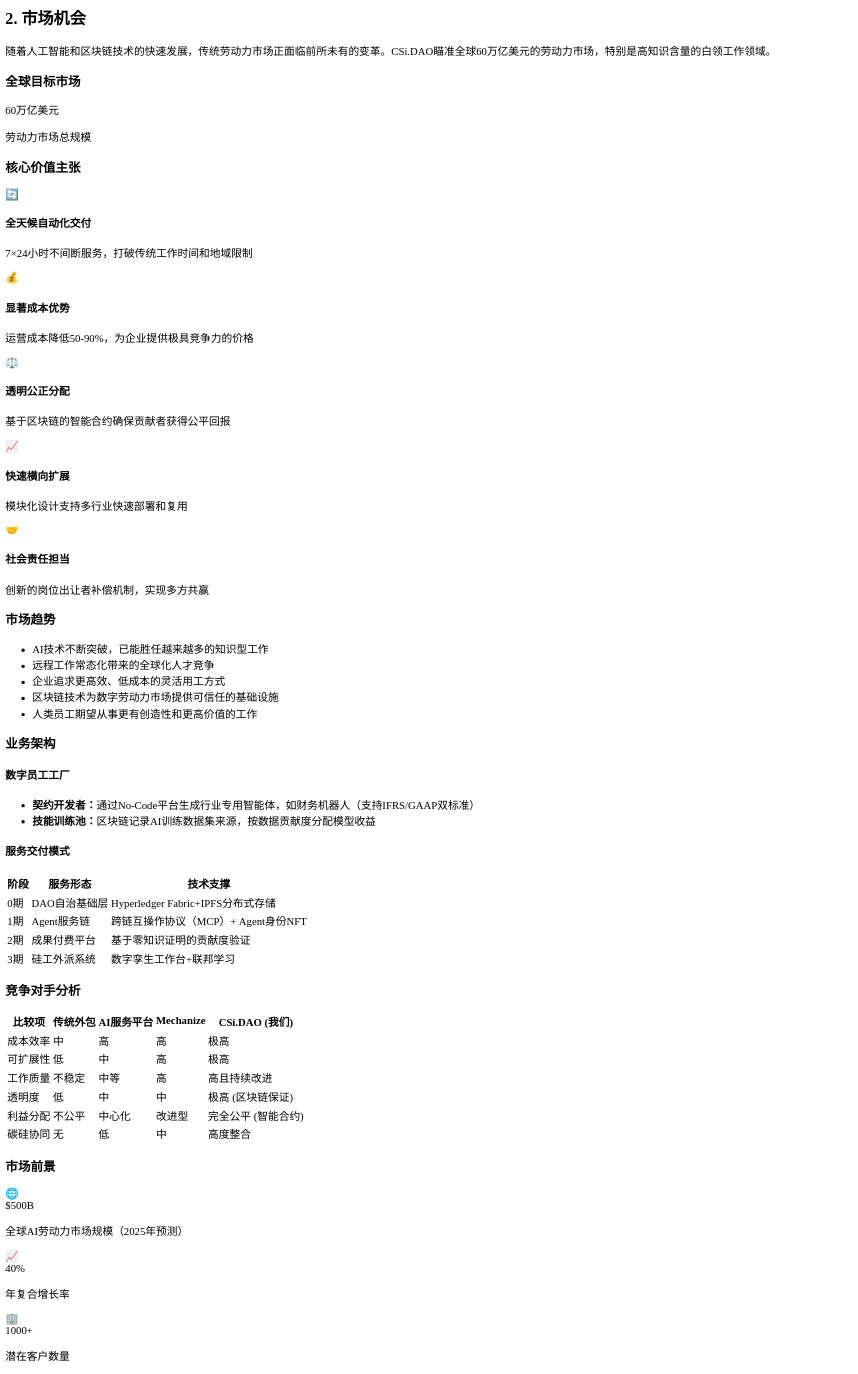
Repository: delez911/ainize
Page: static-site/src/components/market/market.html
An editor plug-in stored every save of this project. The page is shown before and after the next save, followed by the edit.
The browser window is 1280 px wide. The pictures show the whole page, at 67% of full size.

Above is the page before, as saved 2025-04-24 03:46:09.

After the next save:
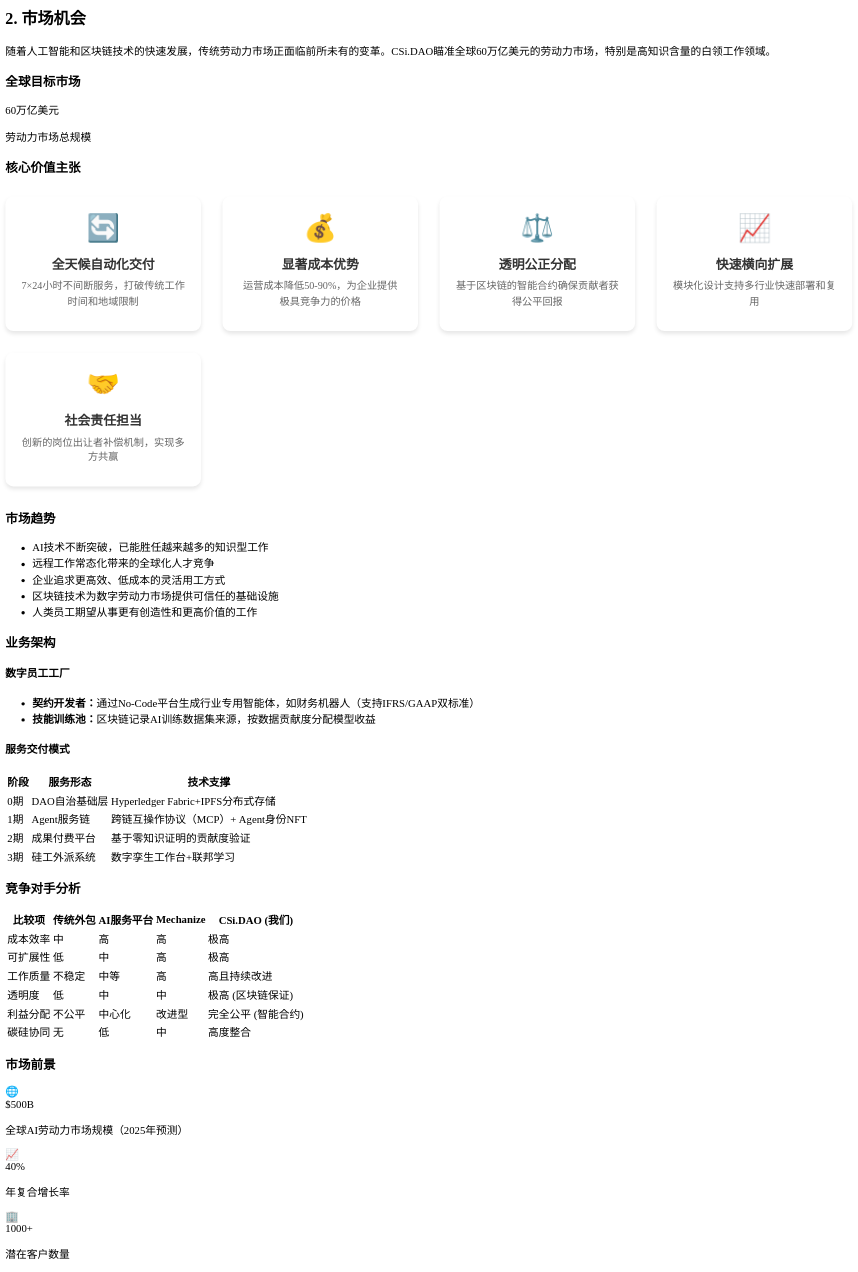
Saved 32 s later.
--- a/static-site/src/components/market/market.html
+++ b/static-site/src/components/market/market.html
@@ -165,3 +165,45 @@
     </div>
   </div>
 </section>
+
+<style>
+.value-propositions {
+  display: grid;
+  grid-template-columns: repeat(auto-fit, minmax(250px, 1fr));
+  gap: 2rem;
+  margin: 2rem 0;
+}
+
+.value-item {
+  background: white;
+  border-radius: 12px;
+  padding: 1.5rem;
+  box-shadow: 0 4px 6px rgba(0, 0, 0, 0.1);
+  transition: transform 0.3s ease, box-shadow 0.3s ease;
+  text-align: center;
+}
+
+.value-item:hover {
+  transform: translateY(-5px);
+  box-shadow: 0 8px 12px rgba(0, 0, 0, 0.15);
+}
+
+.value-icon {
+  font-size: 2.5rem;
+  margin-bottom: 1rem;
+}
+
+.value-item h4 {
+  color: #333;
+  margin: 0.5rem 0;
+  font-size: 1.2rem;
+  font-weight: 600;
+}
+
+.value-item p {
+  color: #666;
+  margin: 0.5rem 0;
+  font-size: 0.95rem;
+  line-height: 1.5;
+}
+</style>
